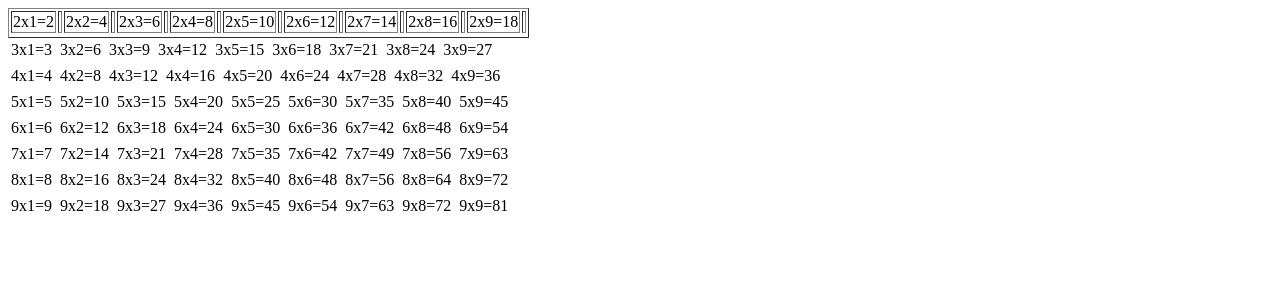
Repository: tldnwkd/jspclass2026
Page: http://localhost/chapter01/test02.jsp
The author's editor kept a copy of each file at every save. The page is drawn from the files as they stood at one save, then again after the next save.
The browser window is 1280 px wide. The pictures show the whole page.
The page is served by Tomcat 9.

Above is the page before, as saved 2026-10-16 04:08:04.

### chapter01/src/main/webapp/test02.jsp
<%@ page language="java" contentType="text/html; charset=UTF-8"
    pageEncoding="UTF-8" import="java.util.*"%>
<!DOCTYPE html>
<html>
<head>
<meta charset="UTF-8">
<title>Insert title here</title>
</head>
<body>
<!-- 구구단 2단~ 9단까지 모두 출력할 것 -->
<table border="1">
<%for(int i=2; i<10; i++) {%>
	<tr>
	<%for(int j=1; j<10; j++){%>
	<td><%=i%>x<%=j%>=<%=i*j%><td/><br/>
	<%}%><tr/><table/>
<%}%>
</table>
</body>
</html>

After the next save:
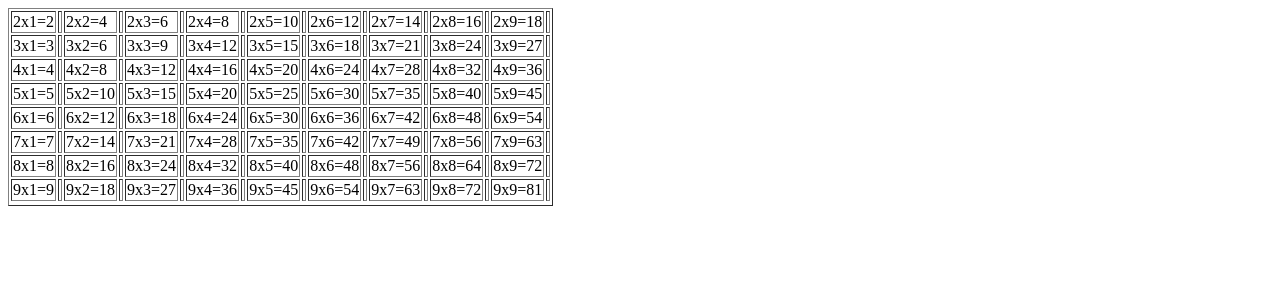
Saved 27 s later.
--- a/chapter01/src/main/webapp/test02.jsp
+++ b/chapter01/src/main/webapp/test02.jsp
@@ -13,8 +13,8 @@
 	<tr>
 	<%for(int j=1; j<10; j++){%>
 	<td><%=i%>x<%=j%>=<%=i*j%><td/><br/>
-	<%}%><tr/><table/>
-<%}%>
+	<%}%>
+<%}%><tr/>
 </table>
 </body>
 </html>
